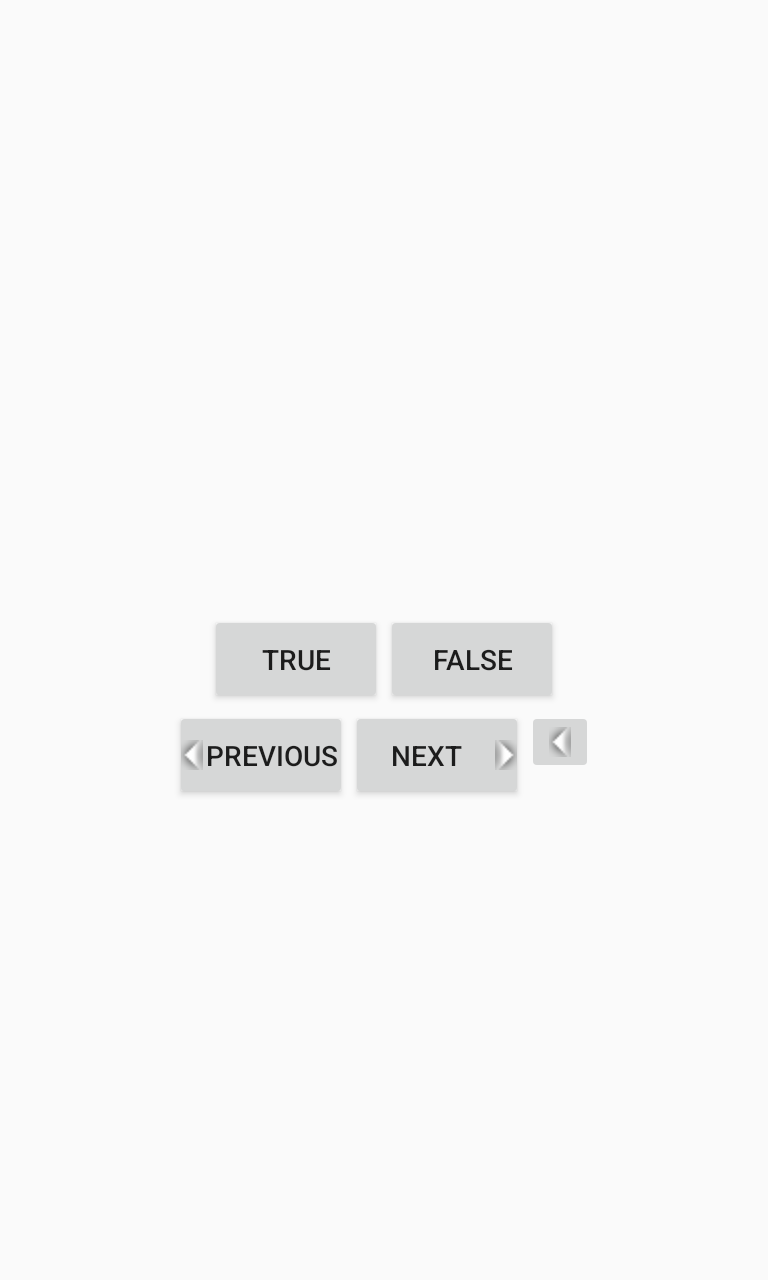
Repository: DaleJulian/AndroidTraining
Layout: GeoQuiz/res/layout/activity_quiz.xml
These files come from the project's save history. The layout is drawn as it stood at one moment and after the next save; the edit follows.
It is drawn on a 768 x 1280 px phone screen (xhdpi) without system bars, with theme AppTheme; the app's code is not run.

Above is the layout before, as saved 2015-05-26 03:28:51.

After the next save:
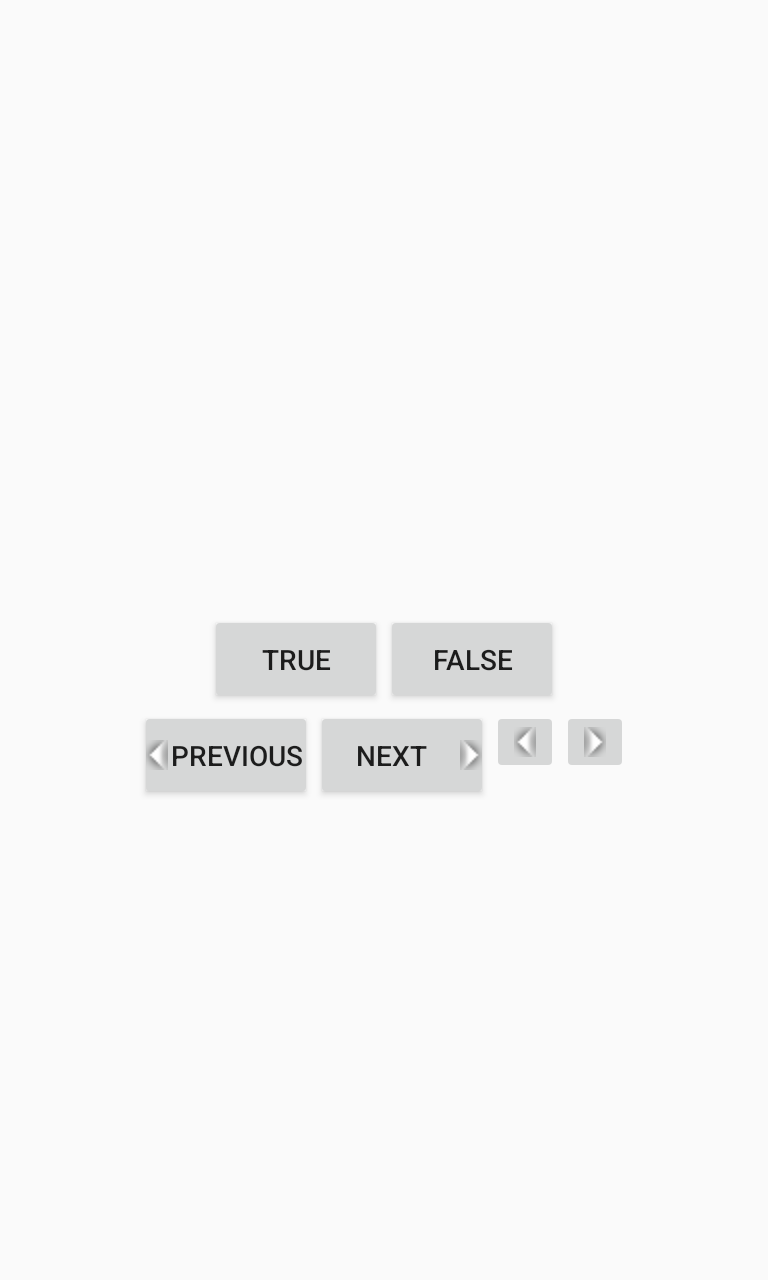
Saved 7 min 7 s later.
--- a/GeoQuiz/res/layout/activity_quiz.xml
+++ b/GeoQuiz/res/layout/activity_quiz.xml
@@ -55,6 +55,12 @@
 		    android:layout_height="wrap_content"
 		    android:src="@drawable/arrow_left"
 		    />
+		<ImageButton
+		    android:id="@+id/prev_button_mini"
+		    android:layout_width="wrap_content"
+		    android:layout_height="wrap_content"
+		    android:src="@drawable/arrow_right"
+		    />
 
 	</LinearLayout>
 
